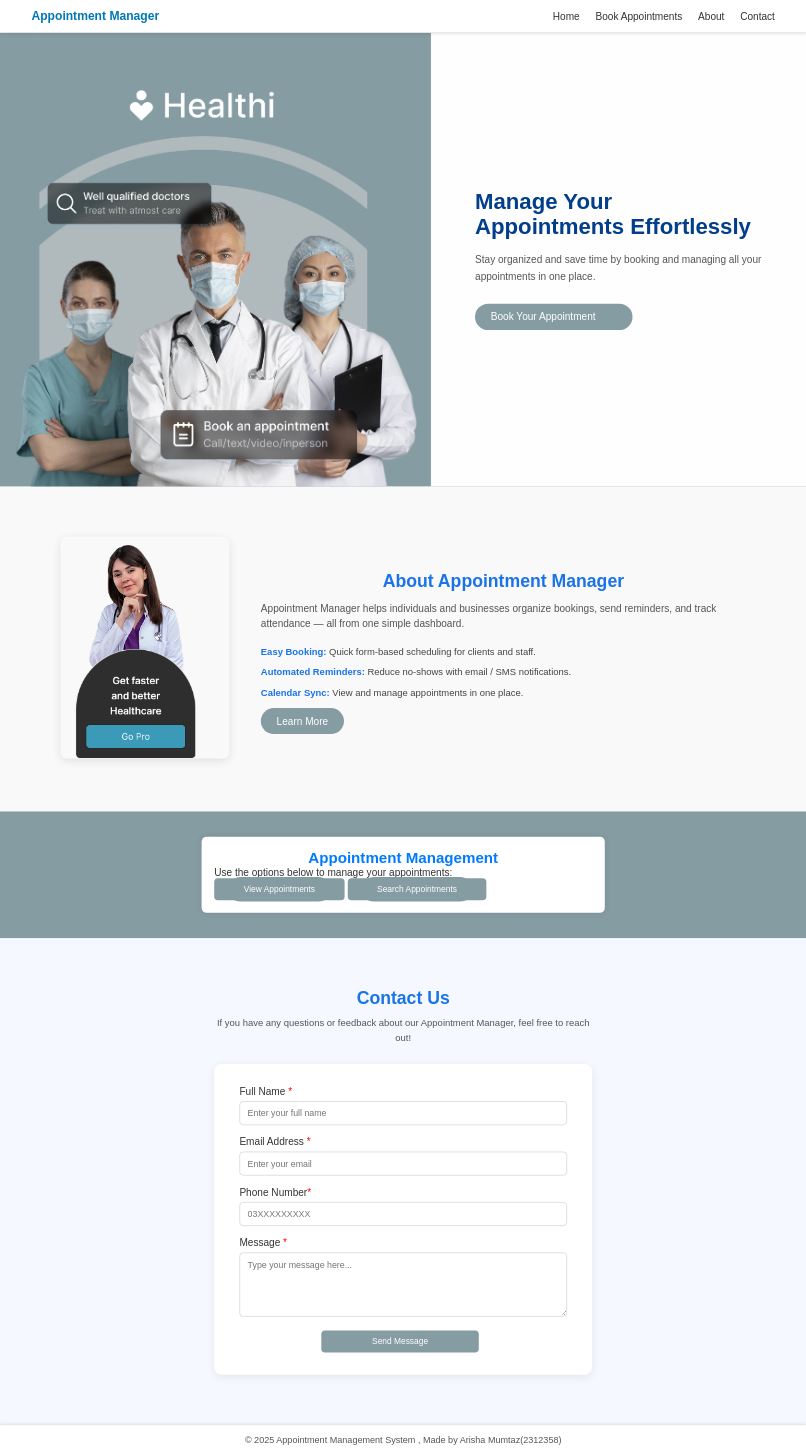
Repository: Arisha004/Hospital-Appointment-Management-System
Page: landingpage.html
An editor plug-in stored every save of this project. The page is shown before and after the next save, followed by the edit.
The browser window is 1280 px wide. The pictures show the whole page, at 63% of full size.

Above is the page before, as saved 2025-10-24 15:52:19.

### landingpage.html
<!DOCTYPE html>
<html lang="en">
<head>
  <meta charset="UTF-8">
  <meta name="viewport" content="width=device-width, initial-scale=1.0">
  <title>Appointment Management System</title>
  <link rel="stylesheet" href="style.css">
  <style>
    .container1 { width: 50%;margin: 40px auto; background: #fff; padding: 20px; border-radius: 8px; box-shadow: 0 0 10px rgba(0,0,0,0.1); }
  h2 { text-align: center; color: #007bff; }

  </style>
</head>
<body>
  <header class="navbar">
    <div class="logo">Appointment Manager</div>
    <nav>
      <ul>
        <li><a href="#">Home</a></li>
        <li><a href="index.php">Book Appointments</a></li>
        <li><a href="#about">About</a></li>
        <li><a href="#contact">Contact</a></li>
      </ul>
    </nav>
  </header>


  <section class="landing">
      <div class="right"></div>
    <div class="left">
      <h1>Manage Your Appointments Effortlessly</h1>
      <p>Stay organized and save time by booking and managing all your appointments in one place.</p>
      <a href="index.php" class="btn">Book Your Appointment</a>
    </div>

  </section>
  </section>


  <section id="about" class="about">
    <div class="container about-inner">
      <div class="about-image" aria-hidden="true">

        <img src="images/pic2.png" alt="" />
      </div>
      <div class="about-content">
        <h2>About Appointment Manager</h2>
        <p>Appointment Manager helps individuals and businesses organize bookings, send reminders, and track attendance — all from one simple dashboard.</p>
        <ul class="features">
          <li><strong>Easy Booking:</strong> Quick form-based scheduling for clients and staff.</li>
          <li><strong>Automated Reminders:</strong> Reduce no-shows with email / SMS notifications.</li>
          <li><strong>Calendar Sync:</strong> View and manage appointments in one place.</li>
        </ul>
        <a href="about.html" class="btn">Learn More</a>
      </div>
    </div>
  </section>
  <section id="crudoperations">
    <div class="container1">
      <h2>Appointment Management</h2>
      <p>Use the options below to manage your appointments:</p>
      <div class="buttons">
      <button> <a href="list.php" class="btn">View Appointments</a></button>
       <button>  <a href="searching.php" class="btn">Search Appointments</a></button>
      </div>
    </div>
  </section>

  <section id="contact" class="contact">
    <div class="container contact-inner">
      <h2>Contact Us</h2>
      <p>If you have any questions or feedback about our Appointment Manager, feel free to reach out!</p>

      <form action="insertcontactform.php" method="post" class="contact-form">
        <div class="form-group">
          <label for="name">Full Name <span>*</span></label>
          <input type="text" id="name" name="name" placeholder="Enter your full name" required pattern="[A-Za-z\s]{3,}">
        </div>

        <div class="form-group">
          <label for="email">Email Address <span>*</span></label>
          <input type="email" id="email" name="email" placeholder="Enter your email" required>
        </div>

        <div class="form-group">
          <label for="phone">Phone Number<span>*</span></label>
          <input type="tel" id="phone" name="phone" placeholder="03XXXXXXXXX" required pattern="[0-9]{11}" title="Enter 11-digit number only">
        </div>

        <div class="form-group">
          <label for="message">Message <span>*</span></label>
          <textarea id="message" name="message" rows="5" placeholder="Type your message here..." required minlength="10"></textarea>
        </div>

        <button type="submit" class="btn">Send Message</button>
      </form>
    </div>

  </section>
  <footer>
    <p>© 2025 Appointment Management System , Made by Arisha Mumtaz(2312358)</p>
  </footer>
</body>
</html>

### style.css
/* Reset and fonts */
* {
  margin: 0;
  padding: 0;
  box-sizing: border-box;
  font-family: 'Poppins', sans-serif;
}

body {
  background: #869CA3;
  color: #333;
}
/* About Section */
.about {
  background-color: #f9f9f9;
  padding: 80px 0;
}

.about-inner {
  width: 85%;
  max-width: 1100px;
  margin: 0 auto;
  display: flex;
  align-items: center;
  justify-content: space-between;
  gap: 50px;
  flex-wrap: wrap; /* makes it responsive */
}

.about-image img {
  width: 100%;
  max-width: 450px;
  border-radius: 10px;
  box-shadow: 0 4px 15px rgba(0,0,0,0.1);
}

.about-content {
  flex: 1;
  min-width: 300px;
}

.about-content h2 {
  font-size: 28px;
  color: #1a73e8;
  margin-bottom: 15px;
}

.about-content p {
  font-size: 16px;
  color: #555;
  line-height: 1.6;
  margin-bottom: 20px;
}

.features {
  list-style: none;
  padding: 0;
  margin-bottom: 25px;
}

.features li {
  margin-bottom: 10px;
  color: #444;
  font-size: 15px;
  line-height: 1.5;
}

.features strong {
  color: #1a73e8;
}


/* Contact Section */
.contact {
  background-color: #f5f9ff;
  padding: 80px 0;
}

.contact-inner {
  width: 85%;
  max-width: 600px;
  margin: 0 auto;
  text-align: center;
}

.contact h2 {
  font-size: 28px;
  color: #1a73e8;
  margin-bottom: 10px;
}

.contact p {
  color: #555;
  margin-bottom: 30px;
  font-size: 15px;
  line-height: 1.6;
}

.contact-form {
  background-color: #fff;
  padding: 35px 40px;
  border-radius: 12px;
  box-shadow: 0 4px 15px rgba(0,0,0,0.08);
  text-align: left;
}

.form-group {
  margin-bottom: 18px;
}

label {
  display: block;
  font-weight: 500;
  margin-bottom: 6px;
  color: #333;
}

label span {
  color: red;
}

input, textarea {
  width: 100%;
  padding: 10px 12px;
  border: 1px solid #ccc;
  border-radius: 6px;
  font-size: 14px;
  outline: none;
  transition: border-color 0.3s ease;
}

input:focus, textarea:focus {
  border-color: #1a73e8;
  box-shadow: 0 0 5px rgba(26,115,232,0.3);
}


.contact-form .btn {
  display: inline-block;
  background-color: #869CA3;
  color: #fff;
  padding: 10px 22px;
  border: none;
  border-radius: 6px;
  cursor: pointer;
  font-weight: 500;

  margin-left: 130px;
  transition: 0.3s;
   text-align: center;
}

.contact-form .btn:hover {
  background-color: #7498a3;
  transform: translateY(-2px);
}

/* Navbar */
.navbar {
  display: flex;
  justify-content: space-between;
  align-items: center;
  padding: 15px 50px;
  background: #fff;
  box-shadow: 0 2px 5px rgba(0,0,0,0.1);
  position: sticky;
  top: 0;
  z-index: 10;
}

.navbar .logo {
  font-weight: 700;
  font-size: 1.2rem;
  color: #0077b6;
}

.navbar ul {
  display: flex;
  list-style: none;
}

.navbar ul li a {
  text-decoration: none;
  color: #333;
  margin-left: 25px;
  transition: 0.3s;
}

.navbar ul li a:hover {
  color: #0077b6;
}

/* Split Landing Section */
.landing {
  display: flex;
  height: 100vh;
}


  button{

  display: inline-block;
  background-color: #869CA3;
  color: #fff;
  padding: 10px 22px;
  border: none;
  border-radius: 6px;
  cursor: pointer;
  font-weight: 500;

  transition: 0.3s;
   text-align: center;
}

button:hover {
  background-color: #7498a3;
  transform: translateY(-2px);
}
/* Left Text Section */
.landing .left {
  flex: 1;
  width: 50%;
  display: flex;
  flex-direction: column;
  justify-content: center;
  padding: 0 70px;
  background: #fefefe;
}

.landing .left h1 {
  font-size: 2.2rem;
  color: #023e8a;
  margin-bottom: 20px;
}

.landing .left p {
  font-size: 1rem;
  color: #555;
  margin-bottom: 30px;
  line-height: 1.6;
}

.btn {
  background: #869CA3;
  color: #fff;
  padding: 12px 25px;
  border-radius: 30px;
  text-decoration: none;
  font-weight: 300;
  transition: 0.3s;
  width: 250px;
}

.btn:hover {
  background: #7498a3;
}

/* Right Image Section */
.landing .right {
  flex: 1.5;
  background:url(images/pic1.png);
  background-repeat: no-repeat;
  background-size: cover;
  position: relative;
}

.landing .right::after {
  content: "";
  position: absolute;
  inset: 0;
}

/* Footer */
footer {
  text-align: center;
  padding: 15px;
  background: #fff;
  box-shadow: 0 -2px 5px rgba(0,0,0,0.1);
  font-size: 0.9rem;
  color: #555;
}

After the next save:
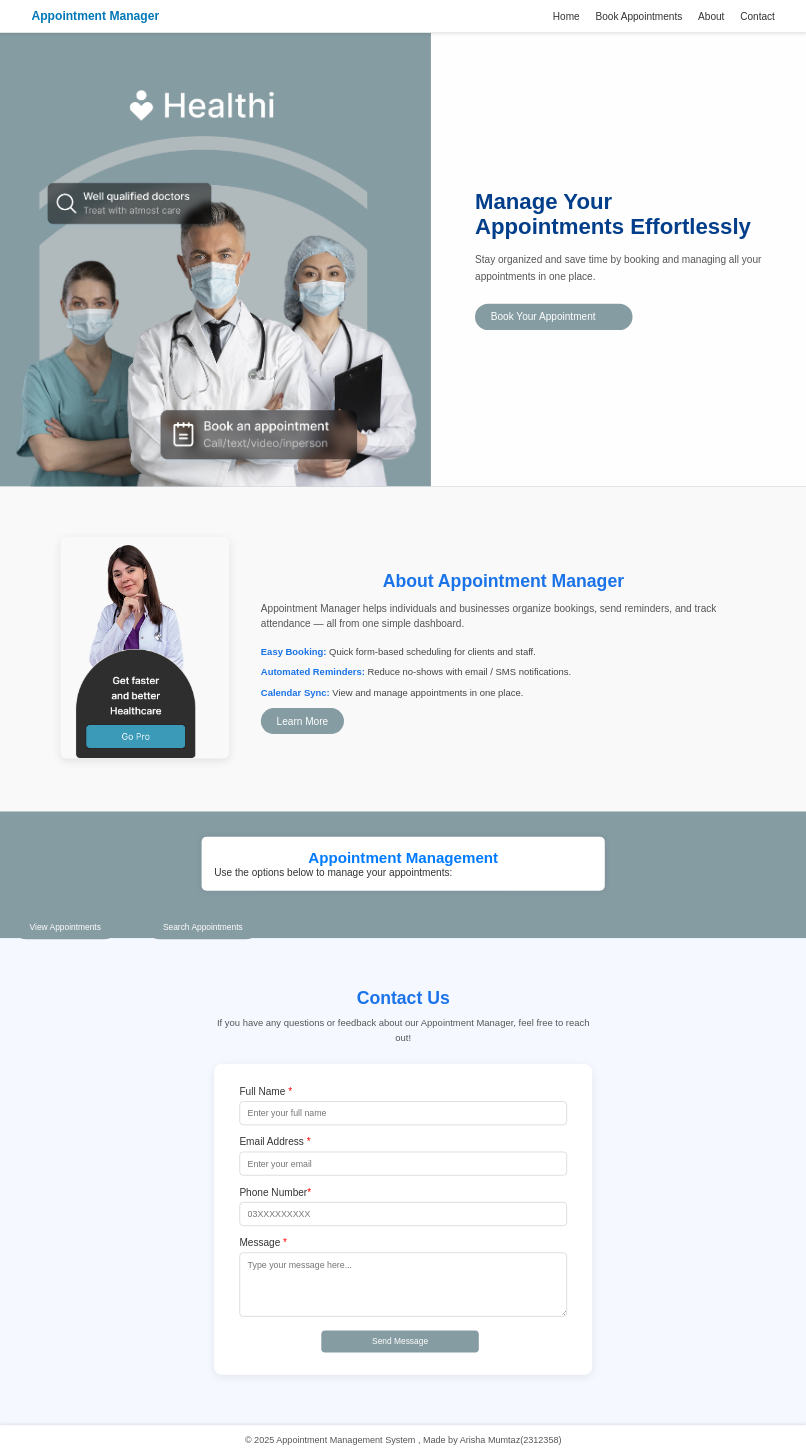
Saved 14 s later.
--- a/landingpage.html
+++ b/landingpage.html
@@ -58,7 +58,8 @@
   <section id="crudoperations">
     <div class="container1">
       <h2>Appointment Management</h2>
-      <p>Use the options below to manage your appointments:</p>
+      <p>Use the options below to manage your appointments:</p></div>
+
       <div class="buttons">
       <button> <a href="list.php" class="btn">View Appointments</a></button>
        <button>  <a href="searching.php" class="btn">Search Appointments</a></button>

After the 3 saves that followed:
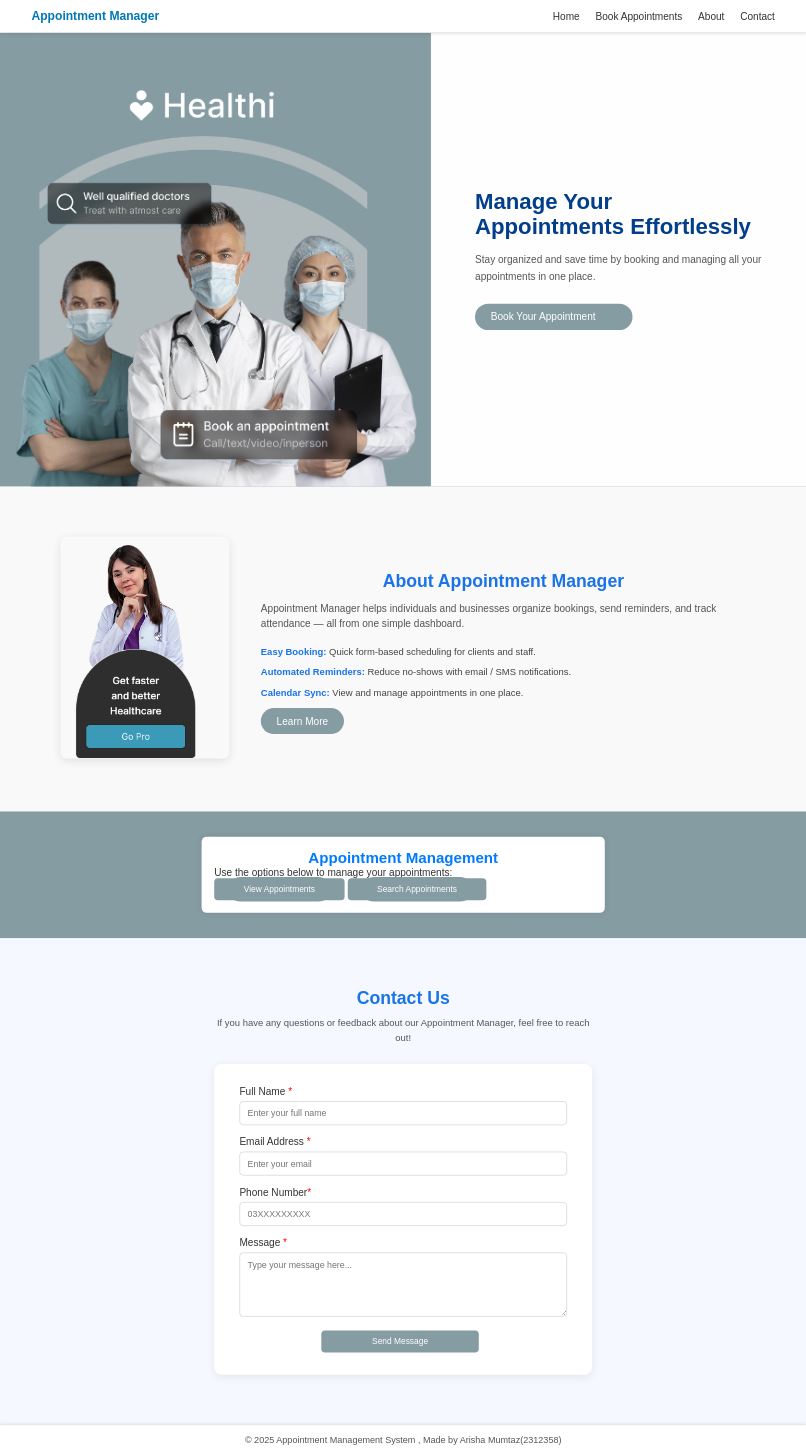
The 3 saves are shown as one change because they came seconds apart.
The last was saved 18 s later.
--- a/landingpage.html
+++ b/landingpage.html
@@ -58,13 +58,12 @@
   <section id="crudoperations">
     <div class="container1">
       <h2>Appointment Management</h2>
-      <p>Use the options below to manage your appointments:</p></div>
+      <p>Use the options below to manage your appointments:</p>
 
-      <div class="buttons">
       <button> <a href="list.php" class="btn">View Appointments</a></button>
        <button>  <a href="searching.php" class="btn">Search Appointments</a></button>
       </div>
-    </div>
+
   </section>
 
   <section id="contact" class="contact">
